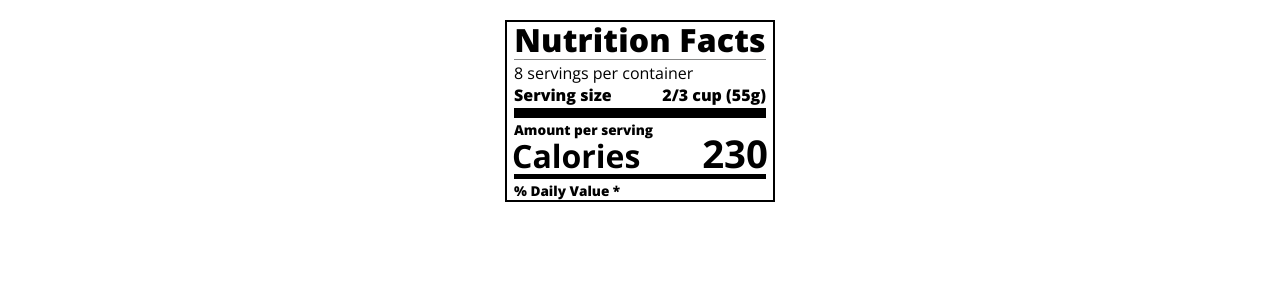
Repository: AimenDje/NutritionLabel
Page: index.html
The author's editor kept a copy of each file at every save. The page is drawn from the files as they stood at one save, then again after the next save.
The browser window is 1280 px wide. The pictures show the whole page.

Above is the page before, as saved 2025-08-30 22:35:54.

After the next save:
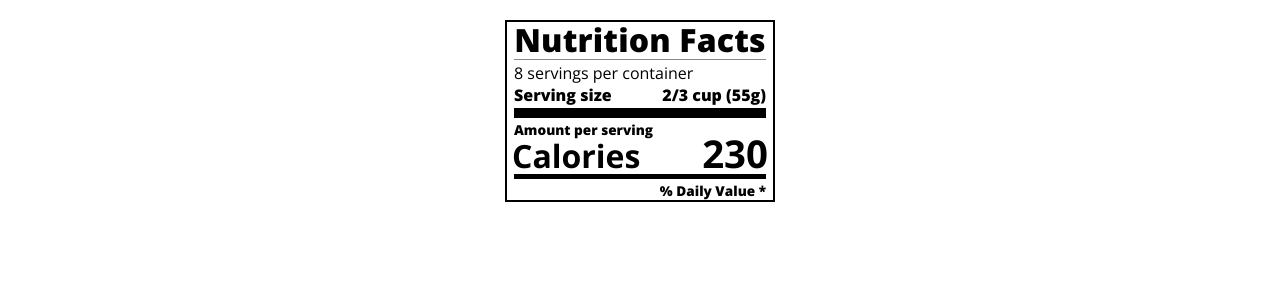
Saved 90 s later.
--- a/styles.css
+++ b/styles.css
@@ -76,3 +76,7 @@ p{
 .medium{
   height:5px;
 }
+
+.right{
+  justify-content: flex-end ;
+}
